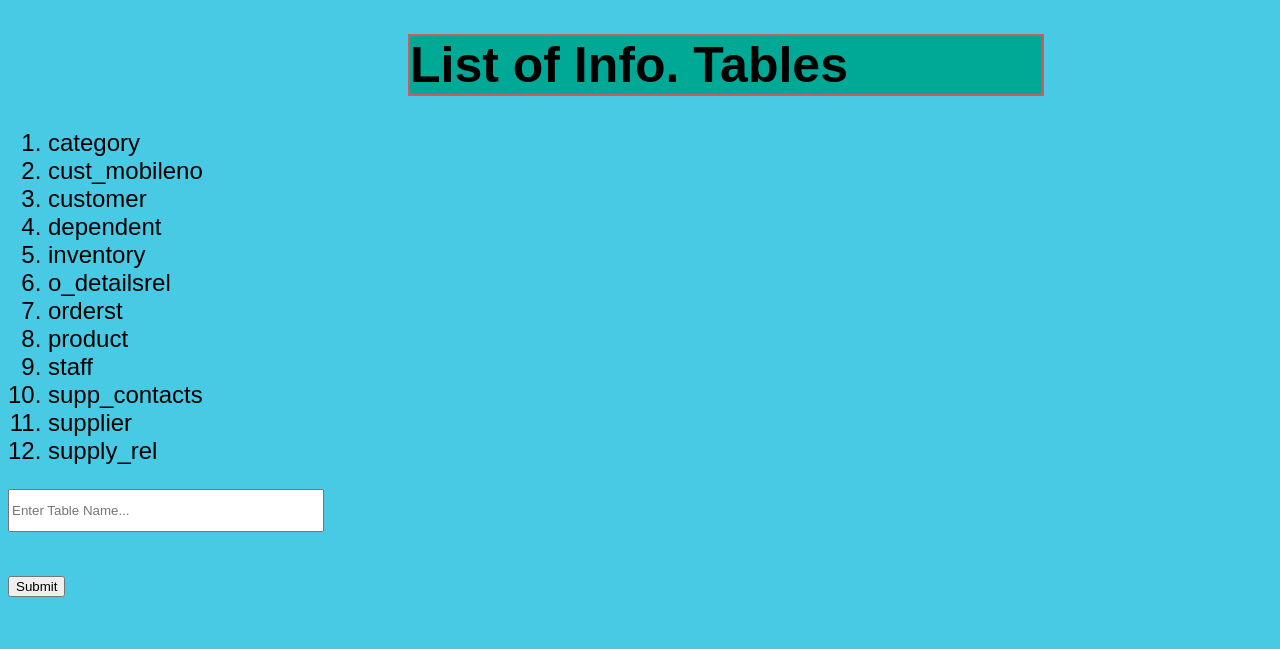
Repository: cyrusdwivedi2002/inventory-management-system
Page: DemoApp/src/main/webapp/view.html
An editor plug-in stored every save of this project. The page is shown before and after the next save, followed by the edit.
The browser window is 1280 px wide. The pictures show the whole page.
Some web fonts or font styles are not loaded; a fallback is used.

Above is the page before, as saved 2022-06-24 19:04:11.

After the next save:
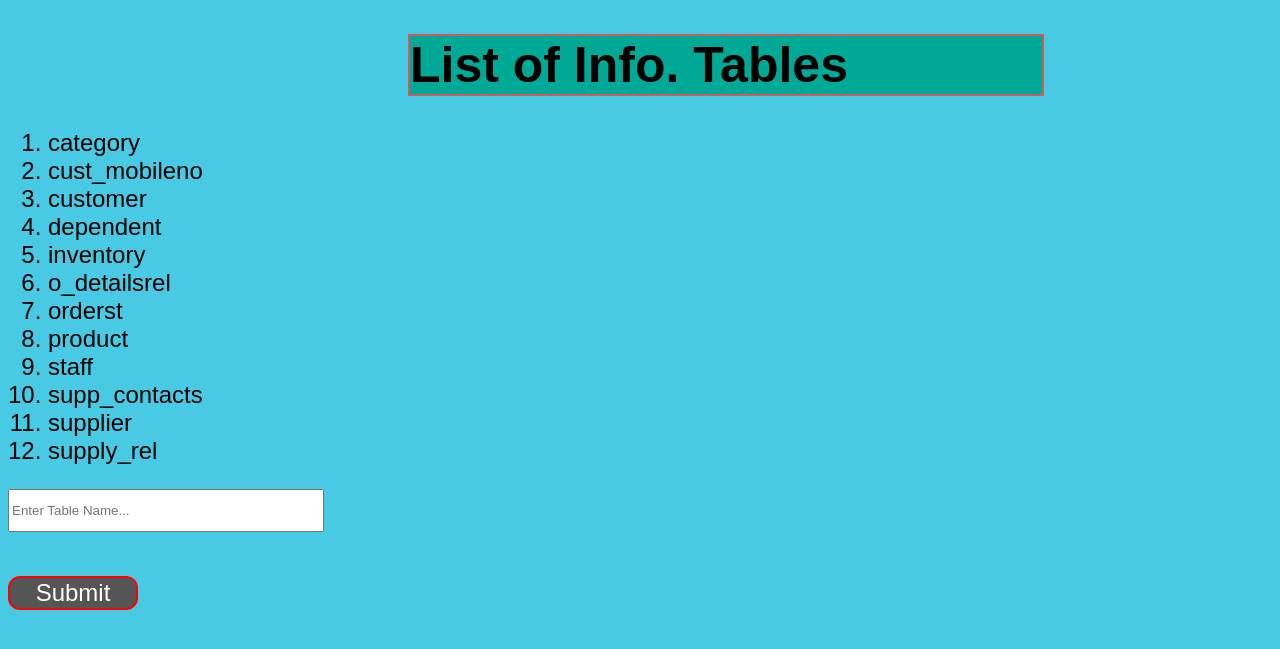
Saved 32 s later.
--- a/DemoApp/src/main/webapp/view.html
+++ b/DemoApp/src/main/webapp/view.html
@@ -34,7 +34,14 @@ input{
 input[type=text]:focus {
   border: 3px solid #555;
 }
-
+button{
+background-color: #555555;
+color:white;
+font-size: 24px;
+width:130px;
+border-radius: 12px;
+border:2px solid red;
+}
 button:hover{
 cursor:pointer;
 background-color:#ef476f;
